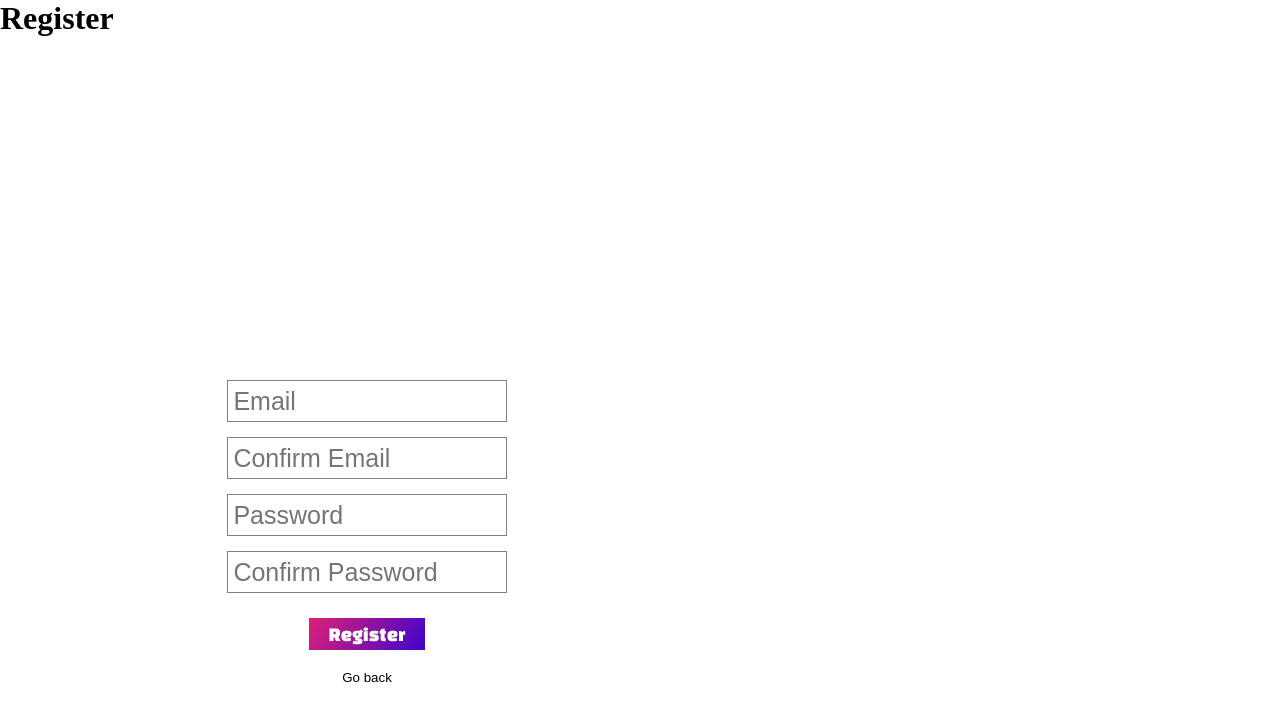
Repository: itadori17/final-fire-todo
Page: /register
An editor plug-in stored every save of this project. The page is shown before and after the next save, followed by the edit.
The browser window is 1280 px wide. The pictures show the whole page.
The project was rebuilt for these pictures with package versions that can differ from the ones it lists, and the page was loaded fresh each time. Also part of the build but not shown: src/App.css, src/components/Welcome.js, src/components/homepage.css, src/components/Homepage.js.

Above is the page before, as saved 2022-07-08 14:42:12.

### src/index.css
*{
  margin: 0;
  padding: 0 ;

}

### src/App.js
import './App.css';
import Welcome from './components/Welcome';
import Homepage from './components/Homepage';
import Register from './components/Register';
import { BrowserRouter as Router,
Routes,
Route

} from "react-router-dom";


function App() {
  return (
    <div className="app">
      <Router>
        <Routes>
          <Route path="/" element={<Welcome/>}  />
          <Route path="/homepage" element={<Homepage/>}/>
          <Route path="/register" element={<Register/>}/>
        </Routes>
      </Router>
    </div>
  );
}

export default App;

### src/components/Register.js
import React, {useState} from 'react'
import {useNavigate} from 'react-router-dom';
import { createUserWithEmailAndPassword } from 'firebase/auth';
import { auth } from '../firebase';
import "../components/welcome.css";

export default function Register() {


    const navigate = useNavigate();
    const [registerInformation, setRegisterInformation] = useState({
        email: " ",
        confirmEmail: "",
        password: "",
        confirmPassword:"",
    })

    const handleBack =() => {
        navigate('/')
    }
    const handleRegister = () => {
        if(registerInformation.email !== registerInformation.confirmEmail  ){
            alert("Email  doen not match")
            return
        }else if (registerInformation.password !== registerInformation.confirmPassword){
            alert(" Password doen not match")
            return
        }
        createUserWithEmailAndPassword(auth, registerInformation.email, registerInformation.password).then(() => {
            navigate('/');
        })
        .catch((err) => alert(err.message));

    };

  return (
    <div className='Welcome'>
        <h1>Register</h1>
        <div className='login-register-container'>
         <input
              type="email"
              placeholder="Email"
              value={registerInformation.email}
              onChange={(e) =>
              setRegisterInformation({...registerInformation, email: e.target.value})} />


            <input
              type="email"
              placeholder="Confirm Email"
              value={registerInformation.confirmEmail}
              onChange={(e) =>
              setRegisterInformation({...registerInformation, confirmEmail: e.target.value})} />


            <input
              type="password"
              placeholder="Password"
              value={registerInformation.password}
              onChange={(e) =>
                setRegisterInformation({...registerInformation, password: e.target.value})} />


            <input
              type="password"
              placeholder="Confirm Password"
              value={registerInformation.confirmPassword}
              onChange={(e) =>
                setRegisterInformation({...registerInformation, confirmPassword: e.target.value})} />

            <button className="sign-in-register-button" onClick={handleRegister}>Register</button>
            <button className="create-account-button" onClick={ handleBack}>Go back</button>


    </div>
    </div>
  )
}

### src/firebase.js
import { initializeApp } from "firebase/app";
import {getDatabase} from "firebase/database";
import { getAuth } from "firebase/auth";
// TODO: Add SDKs for Firebase products that you want to use
// https://firebase.google.com/docs/web/setup#available-libraries

// Your web app's Firebase configuration
const firebaseConfig = {
  apiKey: "AIzaSyDFbgHMD7suXl5B7iWCmD08tB8GdcNIpKQ",
  authDomain: "final-todo-4c36a.firebaseapp.com",
  databaseURL: "https://final-todo-4c36a-default-rtdb.firebaseio.com",
  projectId: "final-todo-4c36a",
  storageBucket: "final-todo-4c36a.appspot.com",
  messagingSenderId: "788256568715",
  appId: "1:788256568715:web:c725f28a40386fddd82b8e"
};

// Initialize Firebase
const app = initializeApp(firebaseConfig);

export const db = getDatabase(app);
export const auth = getAuth();

### src/components/welcome.css
@import url("https://fonts.googleapis.com/css2?family=Changa+One&display=swap");

.welcome {
  height: 100vh;
  width: 100vw;
  background: linear-gradient(122.19deg, #da2079 1.89%, #2a00d5 113.56%);
  position: center;
  overflow: hidden;
}

.welcome > h1 {
  font-family: "Changa One";
  font-weight: normal;
  font-size: 144px;
  left: 46px;
  top: 155px;
  position: center;
  color: white;
}

.login-register-container {
  position: absolute;
  display: flex;
  align-items: center;
  justify-content: center;
  flex-direction: column;
  padding: 20px 50px;
  left: 150px;
  top: 360px;
  background: #ffffff;
}

.login-register-container > input {
  height: 30px;
  width: 80%;
  border: 1px solid gray;
  outline: none;
  margin-bottom: 15px;
  font-size: 25px;
  padding: 5px;
}

.login-register-container > button {
  padding: 5px 20px;
  border: none;
  margin-bottom: 5px;
  cursor: pointer;
}

.sign-in-register-button {
  background: linear-gradient(122.19deg, #da2079 1.89%, #2a00d5 113.56%);
  font-size: 20px;
  margin-top: 10px;
  font-family: "Changa One";
  font-weight: normal;
  color: white;
}

.create-account-button {
  background: none;
  margin-top: 10px;
}

Loaded but not shown: public/index.html (common file); src/index.js (common file); src/reportWebVitals.js (common file)

After the next save:
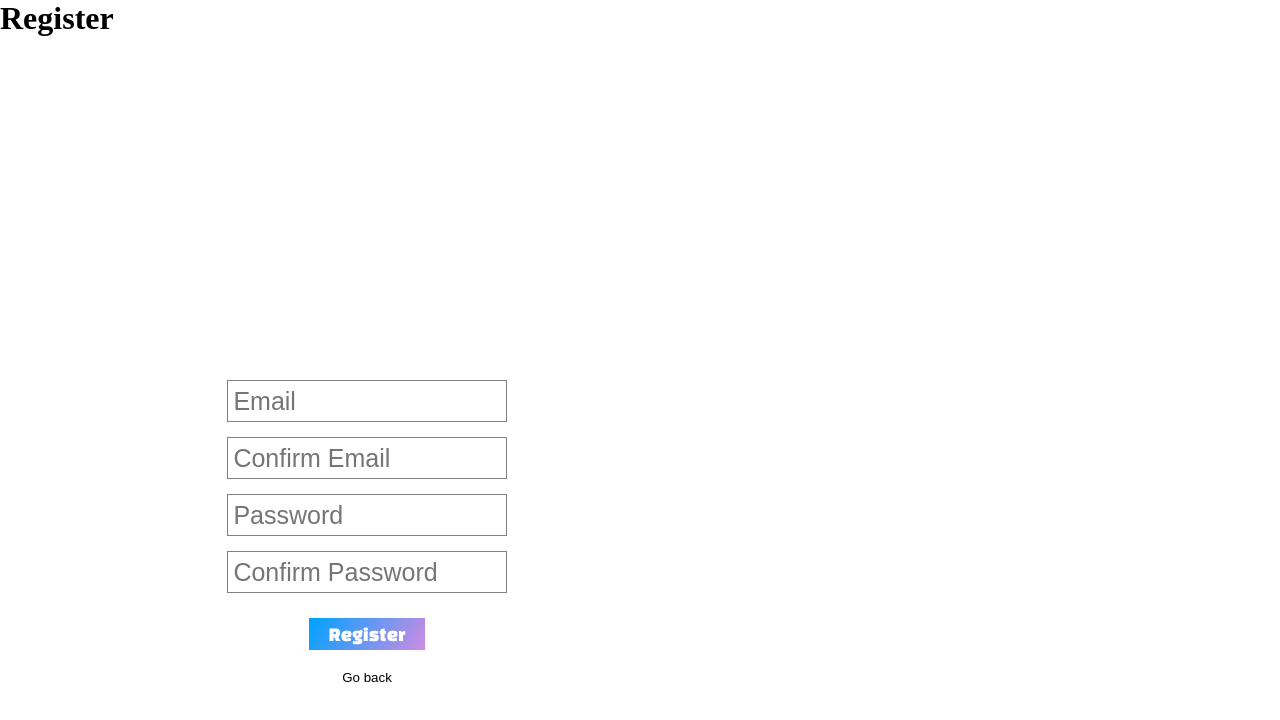
Saved 87 s later.
--- a/src/components/welcome.css
+++ b/src/components/welcome.css
@@ -48,7 +48,7 @@
 }
 
 .sign-in-register-button {
-  background: linear-gradient(122.19deg, #da2079 1.89%, #2a00d5 113.56%);
+  background: linear-gradient(122.19deg, #00a2ff 1.89%, #ec88df 113.56%);
   font-size: 20px;
   margin-top: 10px;
   font-family: "Changa One";
